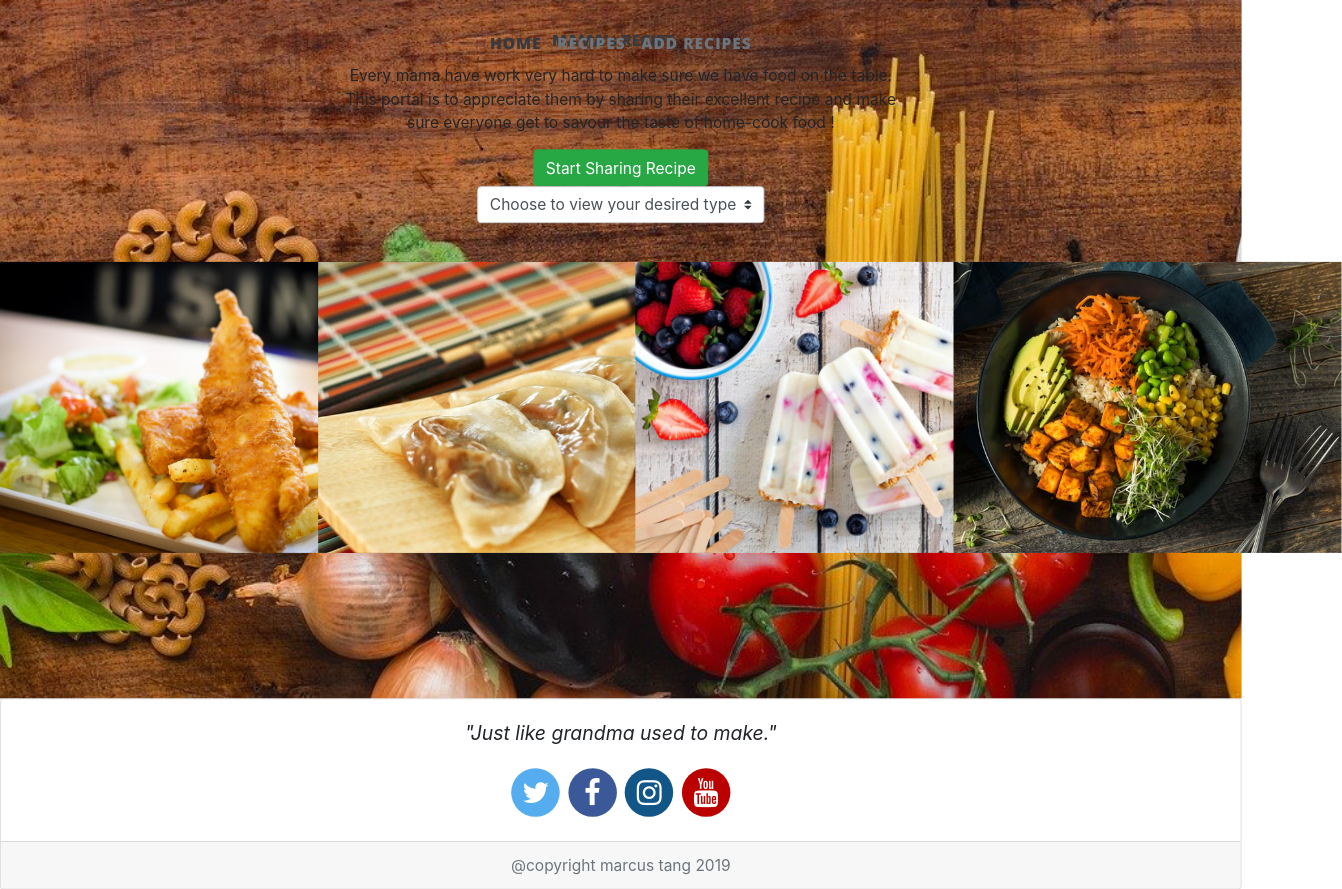
Repository: marstangg/mamasrecipes
Page: templates/index.html
The author's editor kept a record of every edit. The page is drawn from the files as they stood at one moment, then again after the next edit.
The browser window is 1280 px wide. The page is 1383 px wide, so the pictures cover 1383 px, including what lies to the right of the window. The pictures show the whole page, at 97% of full size.
Some web libraries are served in a nearby version. The template is drawn by Flask 3. The application's start-up code is not run. Other server files are loaded and not shown. The template is opened directly, without the code that normally fills it, so the values that code supplies are empty.

Above is the page before.

### templates/index.html
{% extends 'base.html' %}

{% block content %}
<main class='container-fluid p-0'>
  <!--Page Header -->
  <header class="masthead d-flex justify-content-center align-items-center">
    <div class='w-50 p-4 text-center'>
      <h1 class='navbar-brand'>MAMA's RECIPE</h1>
      <p>Every mama have work very hard to make sure we have food on the table. This portal is to appreciate them by sharing their excellent recipe and make sure everyone get to savour the taste of home-cook food !</p>
      <a class="btn btn-success" href="{{url_for('recipe_add')}}">Start Sharing Recipe</a>
      <div class='form-group'>
        <select class='custom-select w-50' name="search-tag">
          <option value="">Choose to view your desired type of cusine</option>
          <option value="all">All recipes</option>
          <option value="chinese">Chinese</option>
          <option value="indian">Indian</option>
          <option value="malay">Malay</option>
          <option value="western">Western</option>
        </select>      </div>
    </div>

    </div>
  </header>
  <!--MENU -->
  <div class="row">
    <div class="col-3 menu-box">
      <img src="static/img/western.jpg" alt="western">
    </div>
    <div class="col-3 menu-box">
      <img src="static/img/gyoza.jpg" alt="asian">
    </div>
    <div class="col-3 menu-box">
      <img src="static/img/dessert.jpg" alt="dessert">
    </div>
    <div class="col-3 menu-box">
      <img src="static/img/vege.jpg" alt="veg">
    </div>
  </div>
</main>
{% endblock %}

### templates/base.html
<!doctype html>
<html lang="en">

<head>
  <!-- Required meta tags -->
  <meta charset="utf-8">
  <meta name="viewport" content="width=device-width, initial-scale=1, shrink-to-fit=no">

  <!-- Custom fonts for this template -->
  <link rel="stylesheet" href="https://cdnjs.cloudflare.com/ajax/libs/font-awesome/4.7.0/css/font-awesome.min.css">
  <link href='https://fonts.googleapis.com/css?family=Lora:400,700,400italic,700italic' rel='stylesheet' type='text/css'>
  <link href='https://fonts.googleapis.com/css?family=Open+Sans:300italic,400italic,600italic,700italic,800italic,400,300,600,700,800' rel='stylesheet' type='text/css'>

  <!-- Bootstrap CSS -->
  <link rel="stylesheet" href="https://maxcdn.bootstrapcdn.com/bootstrap/4.0.0/css/bootstrap.min.css" integrity="sha384-Gn5384xqQ1aoWXA+058RXPxPg6fy4IWvTNh0E263XmFcJlSAwiGgFAW/dAiS6JXm" crossorigin="anonymous">

  <!-- Custom styles for this template -->
  <link href="/static/css/style.css" rel="stylesheet">

  <title>Mama's Recipe | A portal for everyone to share their mama's recipes</title>
</head>

<body>
  <!-- Navigation -->
  <nav class="navbar navbar-expand-lg navbar-light fixed-top {% block navbg %} bg-transparent {% endblock %}" id="mainNav">
    <div class="container">

      <button class="navbar-toggler navbar-toggler-right text-white" type="button" data-toggle="collapse" data-target="#navbarResponsive" aria-controls="navbarResponsive" aria-expanded="false" aria-label="Toggle navigation">
        Menu
      </button> {% block navbrand %} {% endblock %}
      <div class="collapse navbar-collapse" id="navbarResponsive">
        <ul class="navbar-nav mx-auto mt-4">
          <a class="nav-item mx-2 {% block navhome %} text-dark {% endblock %}" href="{{url_for('index')}}"> Home </a>
          <a class="nav-item mx-2 {% block navrecipes %} text-secondary {% endblock %}" href="{{url_for('recipes')}}"> Recipes</a>
          <a class="nav-item mx-2 {% block navadd %} text-secondary {% endblock %}" href="{{url_for('recipe_add')}}"> Add Recipes</a>
        </ul>
      </div>
    </div>
  </nav>

  {% block content %} {% endblock %}

  <footer>
    <div class="card text-center">
      <div class="card-body">
        <!--<h5 class="card-title">""</h5>-->
        <blockquote class="blockquote">
          <p class="mb-0 font-italic">"Just like grandma used to make."</p>
        </blockquote>

        <div>
          <a href="#" class="fa fa-twitter"></a>
          <a href="#" class="fa fa-facebook"></a>
          <a href="#" class="fa fa-instagram"></a>
          <a href="#" class="fa fa-youtube"></a>
    </div>

      </div>
      <div class="card-footer text-muted">
        @copyright marcus tang 2019
      </div>
    </div>
  </footer>
  <!-- Optional JavaScript -->
  <!-- jQuery first, then Popper.js, then Bootstrap JS -->
  <script src="https://code.jquery.com/jquery-3.2.1.slim.min.js" integrity="sha384-KJ3o2DKtIkvYIK3UENzmM7KCkRr/rE9/Qpg6aAZGJwFDMVNA/GpGFF93hXpG5KkN" crossorigin="anonymous"></script>
  <script src="https://cdnjs.cloudflare.com/ajax/libs/popper.js/1.12.9/umd/popper.min.js" integrity="sha384-ApNbgh9B+Y1QKtv3Rn7W3mgPxhU9K/ScQsAP7hUibX39j7fakFPskvXusvfa0b4Q" crossorigin="anonymous"></script>
  <script src="https://maxcdn.bootstrapcdn.com/bootstrap/4.0.0/js/bootstrap.min.js" integrity="sha384-JZR6Spejh4U02d8jOt6vLEHfe/JQGiRRSQQxSfFWpi1MquVdAyjUar5+76PVCmYl" crossorigin="anonymous"></script>
</body>

</html>

Loaded but not shown: static/css/style.css (common file)

After the next edit:
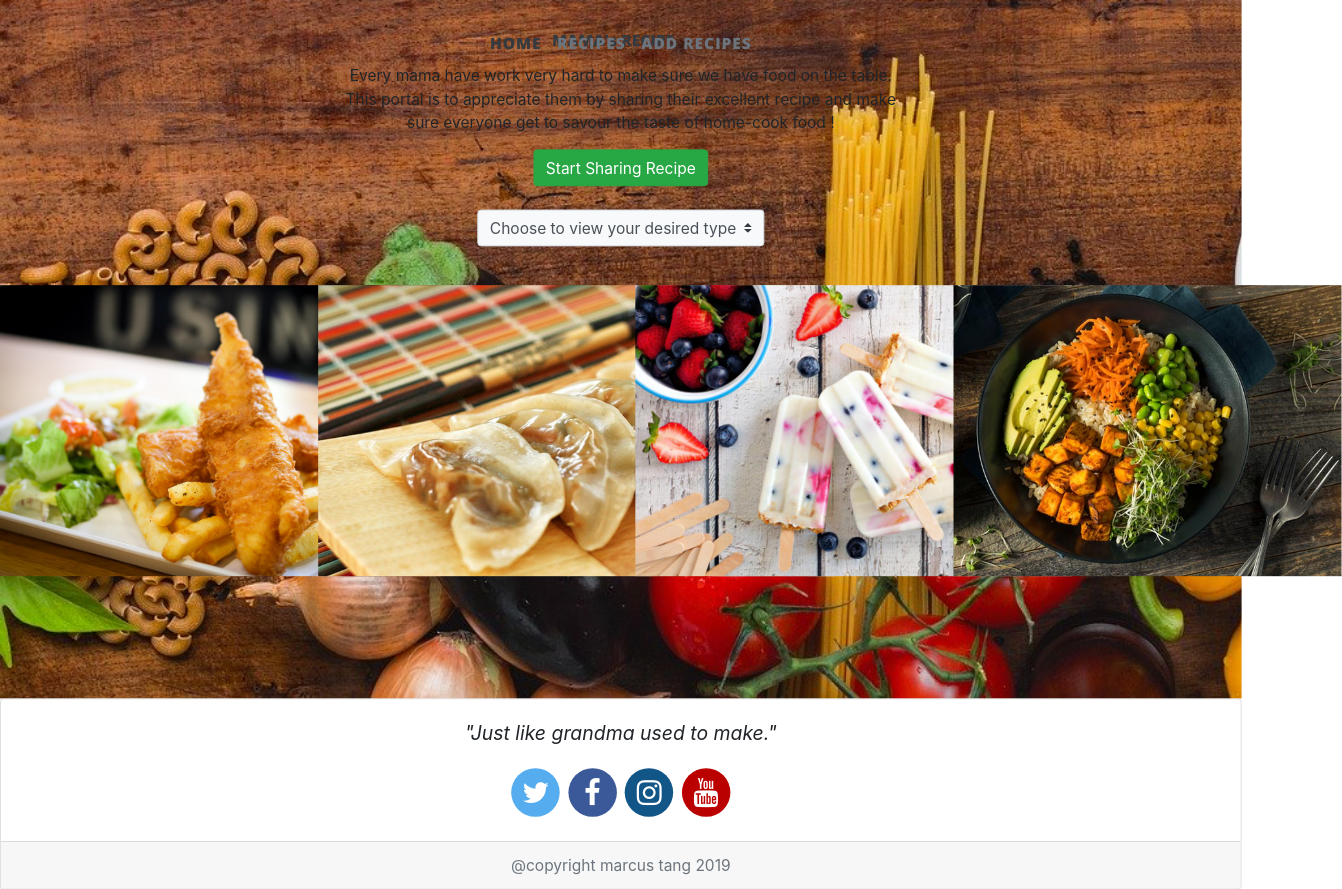
The edit:
--- a/templates/index.html
+++ b/templates/index.html
@@ -8,10 +8,10 @@
       <h1 class='navbar-brand'>MAMA's RECIPE</h1>
       <p>Every mama have work very hard to make sure we have food on the table. This portal is to appreciate them by sharing their excellent recipe and make sure everyone get to savour the taste of home-cook food !</p>
       <a class="btn btn-success" href="{{url_for('recipe_add')}}">Start Sharing Recipe</a>
-      <div class='form-group'>
-        <select class='custom-select w-50' name="search-tag">
-          <option value="">Choose to view your desired type of cusine</option>
-          <option value="all">All recipes</option>
+      <div class='form-group mt-4'>
+        <select class='custom-select w-50 bg-light' name="search-tag">
+          <option class=''bg-danger value="">Choose to view your desired type of cusine</option>
+          <option value="all"><a href="{{url_for('recipes')}}"></a>All recipes</option>
           <option value="chinese">Chinese</option>
           <option value="indian">Indian</option>
           <option value="malay">Malay</option>
